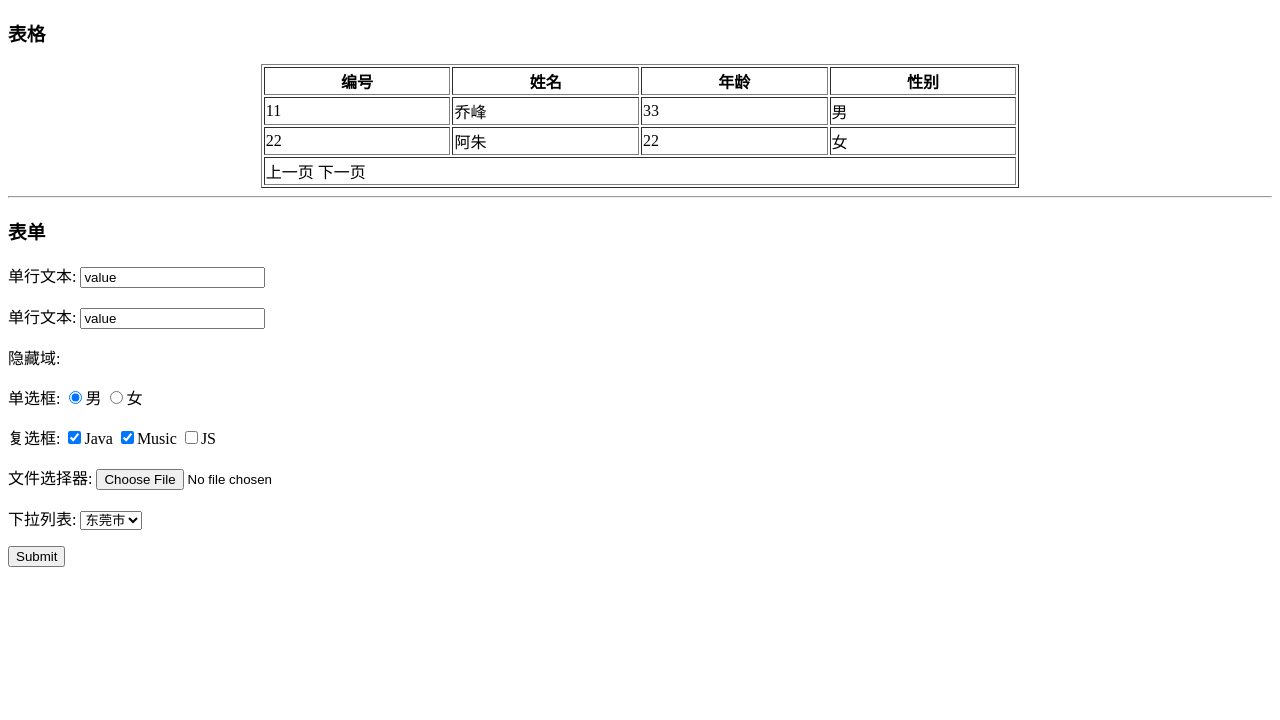
Repository: qyl1006/JavaApps
Page: workspace/html/WebContent/hello/practice02.html
These files come from the project's save history. The page is drawn as it stood at one moment and after the next save; the edit follows.
The browser window is 1280 px wide. The pictures show the whole page.

Above is the page before, as saved 2018-02-26 08:15:42.

After the next save:
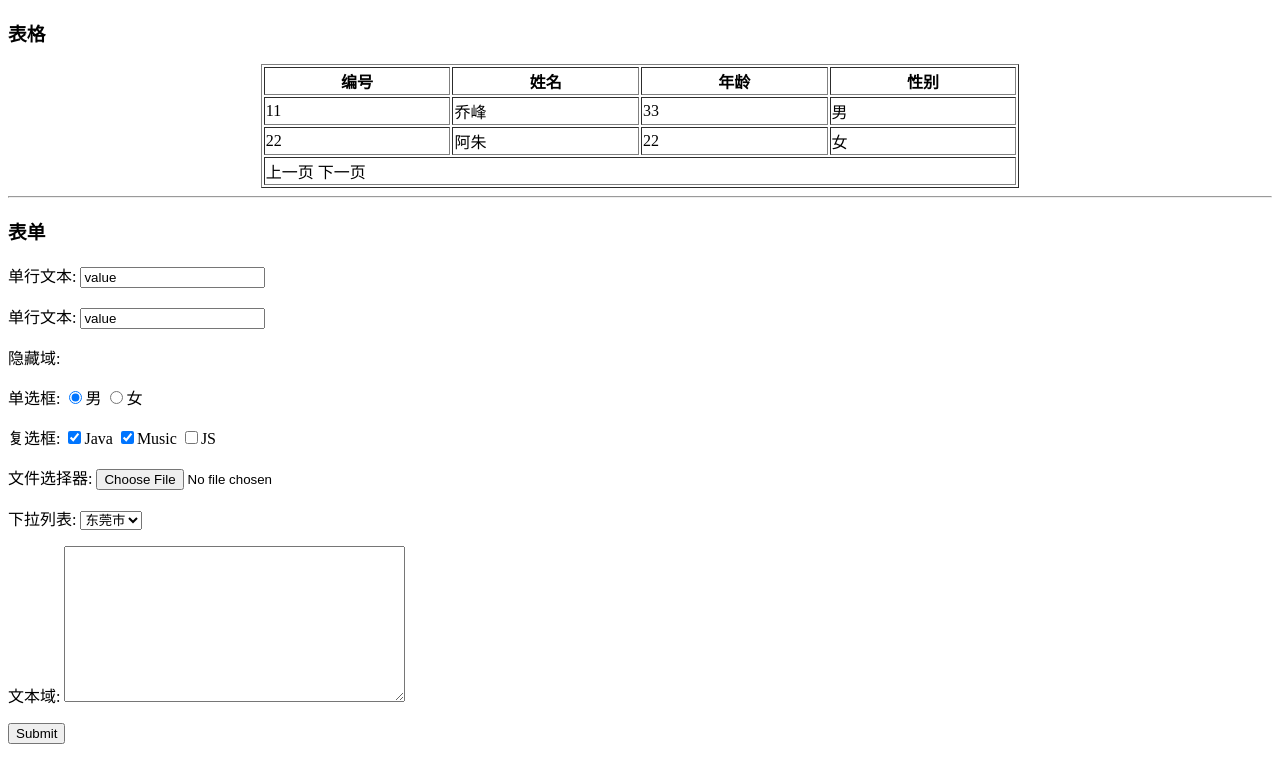
Saved 4 min 54 s later.
--- a/workspace/html/WebContent/hello/practice02.html
+++ b/workspace/html/WebContent/hello/practice02.html
@@ -72,6 +72,8 @@
 			</select>
 		</p>
 
+		<p>文本域: <textarea name="info" rows="10" cols="40"></textarea></p>
+
 		<p><input type="submit"/></p>
 	 </form>
 
